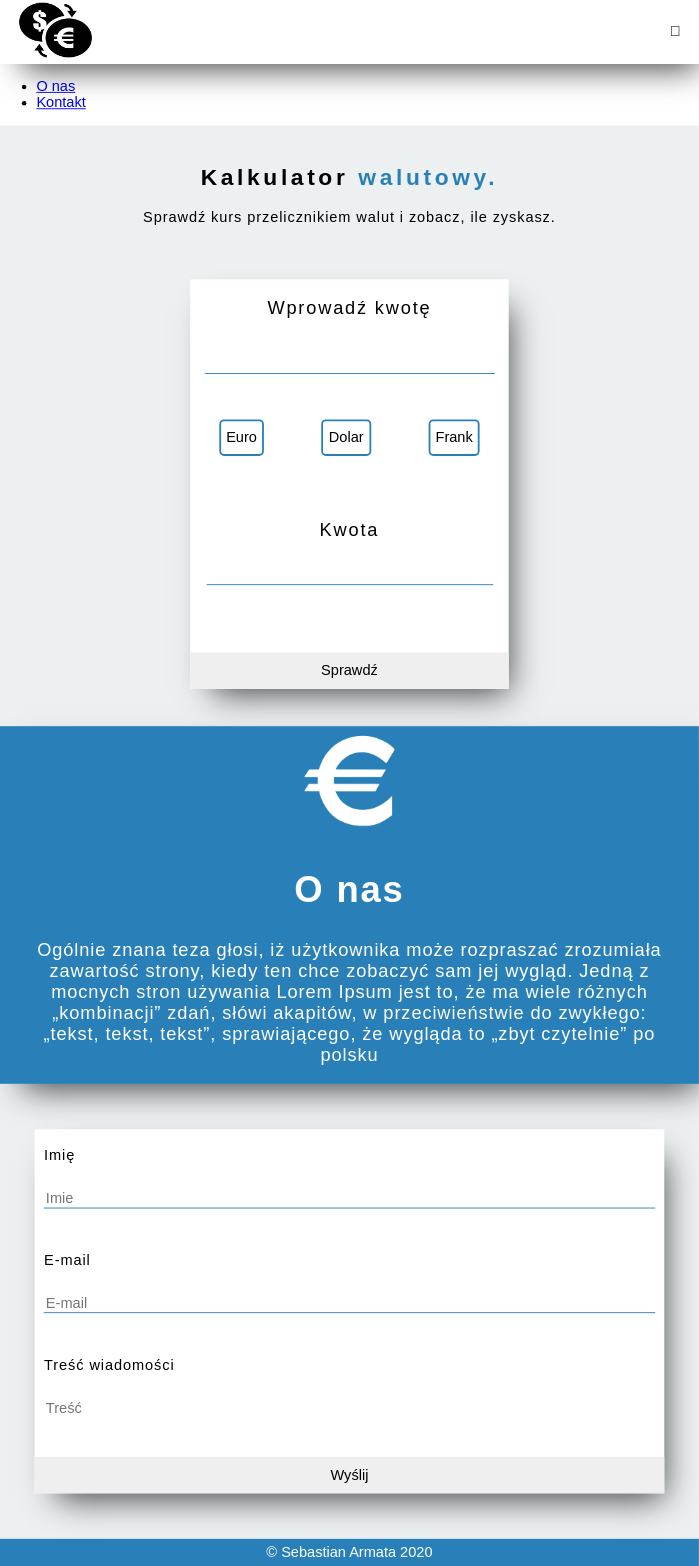
Repository: SebastianArmata22/Kalkulator-walut
Page: index.html
These files come from the project's save history. The page is drawn as it stood at one moment and after the next save; the edit follows.
The browser window is 768 px wide. The pictures show the whole page, at 91% of full size.
Some web libraries are served in a nearby version.

Above is the page before, as saved 2020-11-12 19:57:55.

### index.html
<!DOCTYPE html>

<html>
    <head>
        <meta charset="utf-8">
        <meta http-equiv="X-UA-Compatible" content="IE=edge">
        <title>Kalkulator walut</title>
        <meta name="description" content="">
        <meta name="viewport" content="width=device-width, initial-scale=1">
        <link rel="stylesheet" href="style.css">
        <link rel="stylesheet" href="https://cdnjs.cloudflare.com/ajax/libs/font-awesome/4.7.0/css/font-awesome.min.css">
        <script src="https://kit.fontawesome.com/1e3e93b5d4.js" crossorigin="anonymous"></script>
    </head>
    <body>

    <div class="container">
        <nav>
        <div class="menu-container">
            <div class="logo">
                <a href="#"><img src="./photos/logo.png"></a>
            </div>
            <i  class="fas fa-bars hamburger " onclick="showMenu()"></i>
            <div class="menu" id="menu">
                <ul>
                    <li id="qw" class="list"><a href="#about-us">O nas</a></li>
                    <li class="list"><a href="#contact">Kontakt</a></li>
                </ul>
            </div>
        </div>
        <div class="menu-mobile" id="menu-mobile">
            <ul>
                <li id="qw" class="list"><a href="#about-us">O nas</a></li>
                <li class="list"><a href="#contact">Kontakt</a></li>
            </ul>
        </div>
        </nav>
        <section>
        <div class="main-content">
            <div class="calculator-content">
            <div class="text">
                <h1>Kalkulator <span>walutowy.</span></h1>
                <p>Sprawdź kurs przelicznikiem walut i zobacz, ile zyskasz.</p>
            </div>
            <div class="calculator ">
                <label for="inputNumber" class="text-label">Wprowadź kwotę</label><br>
                <input type="text" id="inputNumber">
                    <div class="inp-div">
                        <button id="euro" onclick="checkCurrency(this)">Euro</button>
                        <button id="dolar" onclick="checkCurrency(this)">Dolar</button>
                        <button id="frank" onclick="checkCurrency(this)">Frank</button>
                    </div>
                <label for="outputNumber" class="text-label"> Kwota</label><br>
                <div id="outputNumber"></div>
                <button id="check" onclick="getData()">Sprawdź</button>
            </div>
        </div>
        <div class="about-us" id="about-us">
            <div class="photo-euro">
                <img src="./photos/euro-512.png">
            </div>
            <div class="abous-us-contact">
                <h1>O  nas</h1>
                <p>Ogólnie  znana  teza  głosi,  iż  użytkownika  może  rozpraszać  zrozumiała
                    zawartość  strony, kiedy ten chce zobaczyć sam jej wygląd.
                    Jedną z mocnych stron używania Lorem Ipsum jest to, że ma wiele różnych
                     „kombinacji” zdań, słówi akapitów, w przeciwieństwie do zwykłego: „tekst,
                        tekst,   tekst”,   sprawiającego,   że   wygląda   to   „zbyt   czytelnie”
                           po   polsku</p>
            </div>
        </div>
        </section>
        <div class="contact" id="contact">
            <div class="contact-form-container">
            <form class="contact-form" action="https://formspree.io/f/xqkgbkbb" method="POST">
                <label for="">Imię</label><br />
                <input class="name" type="text" placeholder="Imie" name="name"><br />
                <label for="">E-mail</label><br />
                <input class="email" type="email" placeholder="E-mail" name="_replyto"><br />
                <label for="">Treść wiadomości</label><br />
                <textarea class="text-area" name="message" placeholder="Treść"></textarea>
                <button class="">Wyślij</button>

            </form>
        </div>
            <div class="contact-img">
                <img src="./photos/email.png">
            </div>
        </div>
    </div>
    <footer>
        <div class="footer">
            <p>© Sebastian Armata 2020</p>
        </div>
    </footer>
    </div>
        <script src="script.js" ></script>
    </body>
</html>

### style.css
* {
    font-family: 'Robot', sans-serif !important;
}

h1 {
    font-weight: 800;
    font-size: 40px;
}

body{
    margin: 0;
    padding: 0;
    box-sizing: border-box;
}
.container{
width: 100%;
}
.menu-container{
    position: relative;
    display: flex;
    align-items: center;
    box-shadow: 12px 18px 35px -13px rgba(0,0,0,0.75);
}
.logo img{
    position: relative;
    top: 0;
    left: 0;
    height: 60px;
    width: 80px;
    padding: 20px;
}
.menu{

    position: absolute;
    right: 0;
   margin-right: 50px;
}
.menu ul li{
    display: inline-flex;
    justify-content: space-around;
}
.menu ul li a{
    display: flex;
    text-decoration: none;
    height: 50px;
    width: 100px;
    justify-content: center;
    align-items: center;
    font-size: 20px;
    letter-spacing: 2px;
    margin-right: 50px;
}

.menu ul li a:hover{
    border-bottom: 5px solid #2980b9;
    margin-bottom: -5px;
    transition: all 0.3s ease-out;

}
.hamburger{
    display: none;
}
.main-content{
    display: flex;
    align-items: center;
    justify-content: center;
    flex-wrap: wrap;
    background-color:#ecf0f1 ;
}
.calculator-content{
    width: 80%;
    min-height: 80vh;
    display: flex;
    align-items: center;
    justify-content:space-between;
}
.calculator{
    display: flex;
    flex-direction: column;
    box-shadow: 12px 18px 35px -13px rgba(0,0,0,0.75);
    height: 450px;
    width: 350px;
    text-align: center;
    background-color: white;
}
.text h1{
    font-size: 50px;
    letter-spacing: 4px;
    flex-wrap: wrap;
}
.text p{
    font-size: 20px;
    letter-spacing: 1px;
    flex-wrap: wrap;


}
#outputNumber{
    width: 90%;
    height: 30px;
    border-bottom: 1px solid #2980b9;
    margin: auto;
    margin-top: 0;

}
.calculator button{
    height: 40px;
    border-style: none;
    font-size: 16px;
}
.calculator button:hover{
    background-color: #2980b9;
    color: white;
    transition: all 0.3s ease-out;
    cursor: pointer ;
}
.inp-div button{
    border: 2px solid #2980b9;
    background-color: white;
    border-radius: 5px;
}
.calculator input[type=text]{
    border-style: none;
    height: 40px;
    border-bottom: 1px solid #2980b9;
    width: 90%;
    margin: auto;
    margin-top: 0px;
    margin-bottom: 50px;
}
.text-label{
    margin-top: 20px;
    font-size: 20px;
    letter-spacing: 2px;
}

.inp-div{
    display: flex;
    flex-direction: row;
    align-items: center;
    justify-content: space-around;

}

.inp-div button{
margin-bottom: 50px;
}
.text span{
    color: #2980b9;
}
.about-us{
    display: flex;
    justify-content: space-around;
    align-items: center;
    margin-top: 20px;
    text-align: center;
    background-color: #2980b9;
    box-shadow: 12px 18px 35px -13px rgba(0,0,0,0.75);
    flex-wrap: wrap;
}
.about-us img{
    height: 400px;
}
.abous-us-contact{
    width: 40%;
}
.abous-us-contact h1{
    letter-spacing: 2px;
    font-size: 40px;
    color: white;
}
.abous-us-contact p{
    font-size: 20px;
    letter-spacing: 1px;
    color: white;

}
.photo-euro{
    padding: 50px;
}
.contact{
    display: flex;
    align-items: center;
    padding: 50px 0 50px 0;
    background-color:#ecf0f1 ;

}
.contact-form{
    display: flex;
    flex-direction: column;
    box-shadow: 12px 18px 35px -13px rgba(0,0,0,0.75);
    width: 50%;
    height: 400px;
    position: relative;
    text-align: left;
    letter-spacing: 1px;
    background-color: white;

}
.contact-form input {
    margin: 10px;
    border-style: none;
    border-bottom: 1px solid #2980b9;
    font-size: 16px;

}
.contact-form textarea
{
    margin: 10px;
    height: 100px;
    border-style: none;
    border-bottom: 1px solid #2980b9;
    font-size: 16px;
    resize: none;
}
.contact-form label {
    margin: 20px 0 0 10px;
}
.contact-form button{
position: absolute;
bottom: 0;
width: 100%;
height: 40px;
border-style: none;
font-size: 16px;
}
.contact-form button:hover{
    background-color: #2980b9;
    color: white;
    transition: all 0.3s ease-out;
    cursor: pointer ;
}

.contact-form-container{
    width: 70%;
    display: flex;
    align-items: center;
    justify-content: center;
}
.contact-img img{
max-width: 300px;

}
.footer{
    display: flex;
    align-items: center;
    justify-content: center;
    background-color: #2980b9;
    color: white;
    height: 30px;
}

.btn{
     color: white;
     background-color: #2980b9 !important;
}

@media only screen and (max-width: 800px){

.menu-container{
        height: 70px;
        justify-content: flex-end;
    }
    .logo{
        position: absolute;
        left: 1px;
    }
.calculator-content{
    width: 100%;
    align-items: center;
    justify-content: center;
    flex-wrap: wrap;
}
.text{
    text-align: center;

}
.text h1{
   font-size: 25px;
}
.text p{
    font-size: 16px;
 }
.about-us{
    flex-direction: column;
}
.abous-us-contact{
    width: 90%;
}
.contact-img{

 display: none;
}
.photo-euro img{
    width: 100px;
    height: 100px;

}
.photo-euro{
    padding: 10px;
}
.contact{
    flex-wrap: wrap;
}
.contact-form-container{
    width: 100%;
    flex-direction: column-reverse;
}
.contact-form{
    width: 90%;
}
.menu {
    display: none;
}
.hamburger{
    display: flex;
    justify-content: flex-end;
    margin-right: 20px;
}
.hamburger:hover{
   cursor: pointer;
}
}

### script.js
const inputCash= document.getElementById('inputNumber');
const euroBtn=document.getElementById('euro');
const dolarBtn=document.getElementById('dolar');
const frankBtn=document.getElementById('frank');
const outputCash=document.getElementById('outputNumber');

let choice;
const euro=4.62;
const dolar=3.93;
const frank=4.31;

function checkCurrency(element){
element.classList.add("btn");
if(element.id=='euro'){
    dolarBtn.classList.remove("btn");
    frankBtn.classList.remove("btn");
}else if(element.id=='dolar'){
    euroBtn.classList.remove("btn");
    frankBtn.classList.remove("btn");
}else if(element.id=='frank'){
    dolarBtn.classList.remove("btn");
    euroBtn.classList.remove("btn");
}
choice=element.id;
}

function getData(){
    if(choice=='euro')
    {
        outputCash.innerHTML=inputCash.value*euro;
    }else if(choice=='dolar')
    {
        outputCash.innerHTML=inputCash.value*dolar;
    }else if(choice=='frank')
    {
        outputCash.innerHTML=inputCash.value*frank;
    }

}

function showMenu()
{

const menu=document.getElementById("menu-mobile");
if(menu.style.display=='none')
menu.style.display='block';
else{
menu.style.display='none';
}
}

After the next save:
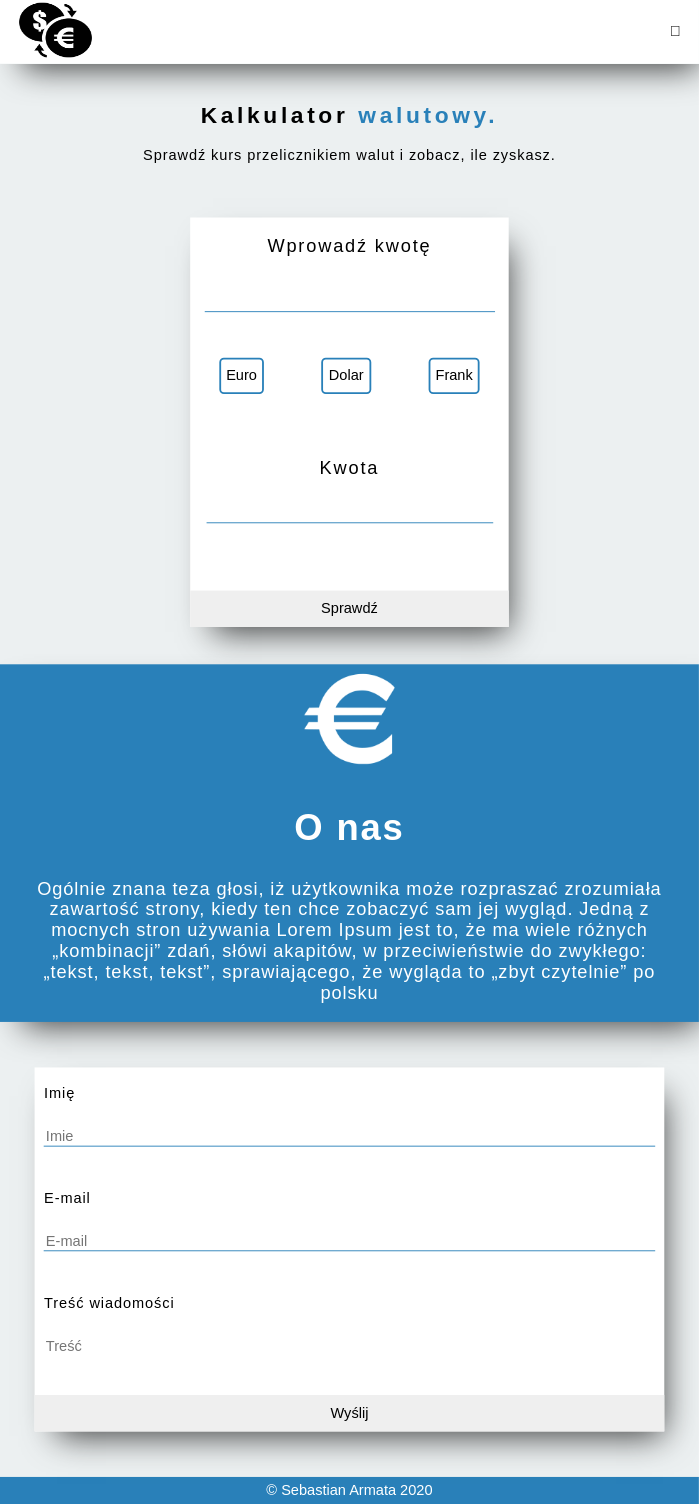
Saved 21 s later.
--- a/style.css
+++ b/style.css
@@ -309,7 +309,7 @@ max-width: 300px;
 .contact-form{
     width: 90%;
 }
-.menu {
+.menu, .menu-mobile {
     display: none;
 }
 .hamburger{
